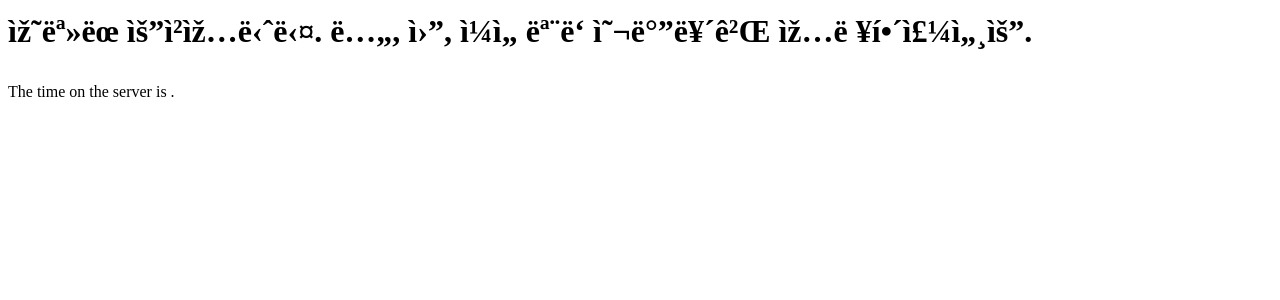
Repository: ljkyung/JaeKyung
Page: http://localhost/ch2/WEB-INF/views/yoilError.jsp
An editor plug-in stored every save of this project. The page is shown before and after the next save, followed by the edit.
The browser window is 1280 px wide. The pictures show the whole page.
The page is served by Tomcat 9. Nobody is signed in. The template is opened directly, without the code that normally fills it, so the values that code supplies are empty.

Above is the page before, as saved 2022-10-21 02:52:22.

After the next save:
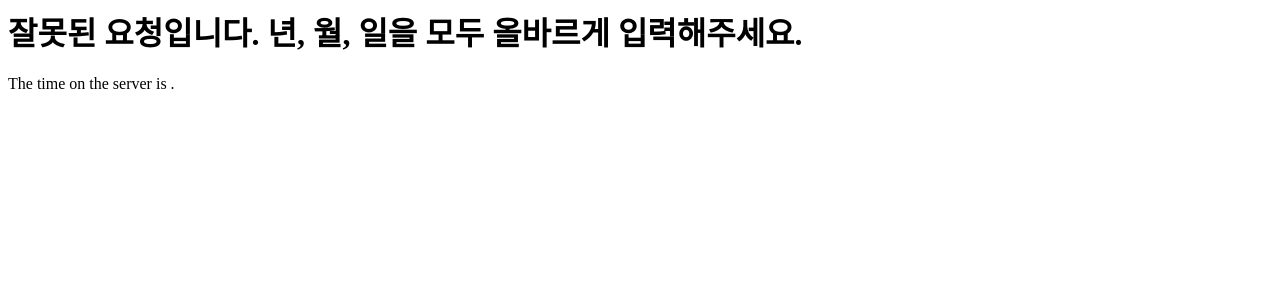
Saved 44 s later.
--- a/workspace-sts-3.9.17.RELEASE/ch2/src/main/webapp/WEB-INF/views/yoilError.jsp
+++ b/workspace-sts-3.9.17.RELEASE/ch2/src/main/webapp/WEB-INF/views/yoilError.jsp
@@ -1,3 +1,4 @@
+<%@ page contentType="text/html;charset=utf-8" %>
 <%@ taglib uri="http://java.sun.com/jsp/jstl/core" prefix="c" %>
 <%@ page session="false" %>
 <html>
